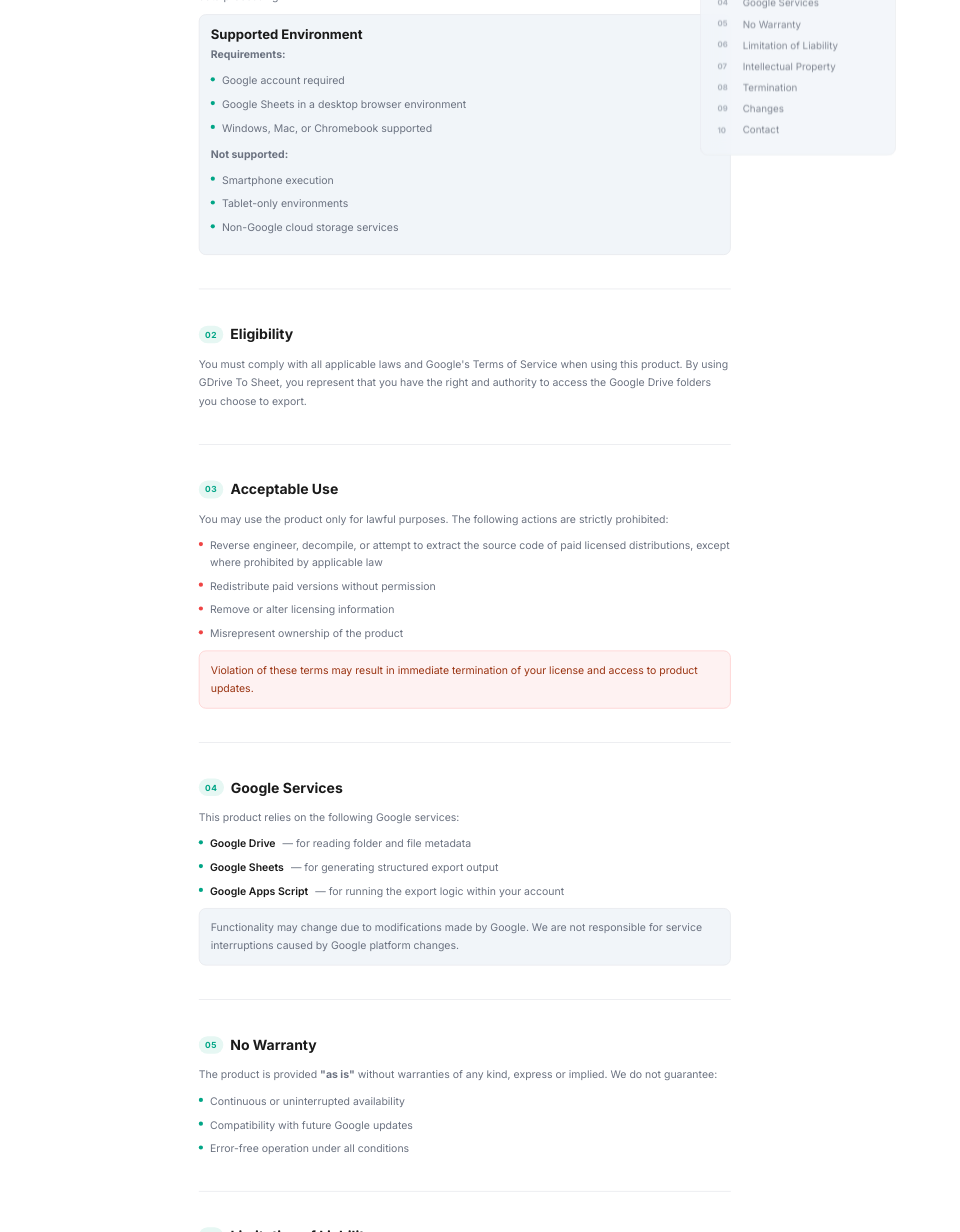
Repository: toishitool/gdrive-to-sheet
Page: terms.html
An editor plug-in stored every save of this project. The page is shown before and after the next save, followed by the edit.
The browser window is 1280 px wide. The page is 1372 px wide, so the pictures cover 1372 px, including what lies to the right of the window. The pictures show the part of the page from y = 596 to 2356 px (the page is 3900 px tall before and 3866 px after), at 70% of full size.

Above is the page before, as saved 2026-06-24 08:57:28.

### terms.html
<!DOCTYPE html>
<html lang="en" class="scroll-smooth">

<head>
  <meta charset="UTF-8" />
  <meta name="viewport" content="width=device-width, initial-scale=1.0" />
  <title>Terms of Use – GDrive To Sheet</title>
  <meta name="description" content="Terms of Use for GDrive To Sheet. Please read before using the product." />
  <link rel="canonical" href="https://toishitool.github.io/gdrive-to-sheet/terms.html" />

  <link rel="preconnect" href="https://fonts.googleapis.com" />
  <link rel="preconnect" href="https://fonts.gstatic.com" crossorigin />
  <link href="https://fonts.googleapis.com/css2?family=Inter:wght@300;400;500;600;700;800&display=swap"
    rel="stylesheet" />

  <link rel="stylesheet" href="style.css">
</head>

<body>

  <div id="header-container"></div>


  <main>
    <div class="page-wrap">

      <header class="page-header">
        <span class="eyebrow">Legal</span>
        <h1>Terms of Use</h1>
        <div class="meta">
          <span>GDrive To Sheet</span>
          <span class="meta-dot">·</span>
          <span>Last updated: June 21, 2026</span>
        </div>
      </header>

      <div class="intro-block">
        <span class="icon">📋</span>
        <p>By accessing or using <strong>GDrive To Sheet</strong>, you agree to these Terms of Use. Please read them
          carefully before using the product.</p>
      </div>

      <div class="content-layout">

        <div class="main-content">
          <!-- <div class="policy-section" id="s1">
          <h2><span class="section-num">01</span>Product Description</h2>
          <p>GDrive To Sheet is a Google Apps Script and Google Sheets based utility that exports Google Drive folder structures into spreadsheet format.</p>
          <p>The product operates entirely within the Google ecosystem and does not involve any external servers for data processing.</p>
        </div> -->
          <div class="policy-section" id="s1">
            <h2><span class="section-num">01</span>Product Description</h2>
            <p>
              GDrive To Sheet is a Google Apps Script and Google Sheets based utility that exports Google Drive folder structures into spreadsheet format.
            </p>
            <p>
              The product operates entirely within the Google ecosystem and does not involve any external servers for data processing.
            </p>
            <div class="highlight-card">
              <h3>Supported Environment</h3>
              <p><strong>Requirements:</strong></p>
              <ul>
                <li>Google account required</li>
                <li>Google Sheets in a desktop browser environment</li>
                <li>Windows, Mac, or Chromebook supported</li>
              </ul>
              <p><strong>Not supported:</strong></p>
              <ul>
                <li>Smartphone execution</li>
                <li>Tablet-only environments</li>
                <li>Non-Google cloud storage services</li>
              </ul>
            </div>
          </div>

          <div class="section-divider"></div>

          <div class="policy-section" id="s2">
            <h2><span class="section-num">02</span>Eligibility</h2>
            <p>You must comply with all applicable laws and Google's Terms of Service when using this product. By using
              GDrive To Sheet, you represent that you have the right and authority to access the Google Drive folders
              you choose to export.</p>
          </div>
          <div class="section-divider"></div>

          <div class="policy-section" id="s3">
            <h2><span class="section-num">03</span>Acceptable Use</h2>
            <p>You may use the product only for lawful purposes. The following actions are strictly prohibited:</p>
            <ul class="prohibited">
              <li>Reverse engineer, decompile, or attempt to extract the source code of paid licensed distributions,
                except where prohibited by applicable law</li>
              <li>Redistribute paid versions without permission</li>
              <li>Remove or alter licensing information</li>
              <li>Misrepresent ownership of the product</li>
            </ul>
            <div class="highlight-card warning">
              <p>Violation of these terms may result in immediate termination of your license and access to product
                updates.</p>
            </div>
          </div>
          <div class="section-divider"></div>

          <div class="policy-section" id="s4">
            <h2><span class="section-num">04</span>Google Services</h2>
            <p>This product relies on the following Google services:</p>
            <ul>
              <li><strong>Google Drive</strong> — for reading folder and file metadata</li>
              <li><strong>Google Sheets</strong> — for generating structured export output</li>
              <li><strong>Google Apps Script</strong> — for running the export logic within your account</li>
            </ul>
            <div class="highlight-card">
              <p>Functionality may change due to modifications made by Google. We are not responsible for service
                interruptions caused by Google platform changes.</p>
            </div>
          </div>
          <div class="section-divider"></div>

          <div class="policy-section" id="s5">
            <h2><span class="section-num">05</span>No Warranty</h2>
            <p>The product is provided <strong>"as is"</strong> without warranties of any kind, express or implied. We
              do not guarantee:</p>
            <ul>
              <li>Continuous or uninterrupted availability</li>
              <li>Compatibility with future Google updates</li>
              <li>Error-free operation under all conditions</li>
            </ul>
          </div>
          <div class="section-divider"></div>

          <div class="policy-section" id="s6">
            <h2><span class="section-num">06</span>Limitation of Liability</h2>
            <p>To the maximum extent permitted by applicable law, we shall not be liable for any of the following
              arising from use of the product:</p>
            <ul>
              <li>Data loss of any kind</li>
              <li>Business interruption</li>
              <li>Lost profits or revenue</li>
              <li>Indirect, incidental, or consequential damages</li>
            </ul>
          </div>
          <div class="section-divider"></div>

          <div class="policy-section" id="s7">
            <h2><span class="section-num">07</span>Intellectual Property</h2>
            <p>All source code, documentation, branding, and product materials remain the intellectual property of the
              creator. No rights are transferred to the user beyond the license granted for permitted use of the
              product.</p>
          </div>
          <div class="section-divider"></div>

          <div class="policy-section" id="s8">
            <h2><span class="section-num">08</span>Termination</h2>
            <p>We reserve the right to suspend or terminate access to product updates, support services, or future
              downloads for violations of these Terms. Termination does not entitle the user to a refund except where
              required by applicable law.</p>
          </div>
          <div class="section-divider"></div>

          <div class="policy-section" id="s9">
            <h2><span class="section-num">09</span>Changes</h2>
            <p>These Terms may be updated periodically. Continued use of the product after changes are published
              constitutes acceptance of the revised Terms.</p>
            <p>The date at the top of this page reflects the most recent update.</p>
          </div>
          <div class="section-divider"></div>

          <div class="policy-section" id="s10">
            <h2><span class="section-num">10</span>Contact</h2>
            <p>For questions regarding these Terms of Use, please contact us:</p>
            <div class="contact-block">
              <div class="cicon">✉️</div>
              <div>
                <h3>Get in Touch</h3>
                <p>This service is operated by ToishiTool, an individual sole proprietor based in Japan.</p>
                <p>We aim to respond to all legal inquiries within a few business days.</p>
                <a href="mailto:toishitool@gmail.com">toishitool@gmail.com</a>
              </div>
            </div>
          </div>
        </div>

        <input type="checkbox" id="toc-toggle" class="toc-trigger-input" />

        <label for="toc-toggle" class="toc-trigger-btn" aria-label="Toggle contents menu">
          <svg class="icon-open" width="22" height="22" fill="none" stroke="currentColor" stroke-width="2.5"
            viewBox="0 0 24 24">
            <line x1="3" y1="12" x2="21" y2="12"></line>
            <line x1="3" y1="6" x2="21" y2="6"></line>
            <line x1="3" y1="18" x2="21" y2="18"></line>
          </svg>
          <svg class="icon-close" width="22" height="22" fill="none" stroke="currentColor" stroke-width="2.5"
            viewBox="0 0 24 24">
            <line x1="18" y1="6" x2="6" y2="18"></line>
            <line x1="6" y1="6" x2="18" y2="18"></line>
          </svg>
        </label>

        <nav class="toc" aria-label="Table of contents">
          <h3>Contents</h3>
          <ol>
            <li><a href="#s1" onclick="document.getElementById('toc-toggle').checked = false;">Product Description</a>
            </li>
            <li><a href="#s2" onclick="document.getElementById('toc-toggle').checked = false;">Eligibility</a></li>
            <li><a href="#s3" onclick="document.getElementById('toc-toggle').checked = false;">Acceptable Use</a></li>
            <li><a href="#s4" onclick="document.getElementById('toc-toggle').checked = false;">Google Services</a></li>
            <li><a href="#s5" onclick="document.getElementById('toc-toggle').checked = false;">No Warranty</a></li>
            <li><a href="#s6" onclick="document.getElementById('toc-toggle').checked = false;">Limitation of
                Liability</a></li>
            <li><a href="#s7" onclick="document.getElementById('toc-toggle').checked = false;">Intellectual Property</a>
            </li>
            <li><a href="#s8" onclick="document.getElementById('toc-toggle').checked = false;">Termination</a></li>
            <li><a href="#s9" onclick="document.getElementById('toc-toggle').checked = false;">Changes</a></li>
            <li><a href="#s10" onclick="document.getElementById('toc-toggle').checked = false;">Contact</a></li>
          </ol>
        </nav>

      </div>
    </div>
  </main>

  <div id="footer-container"></div>
  <script src="js/common.js"></script>


</body>

</html>

### header.html
<nav aria-label="Main navigation">
  <div class="nav-inner">
    <a href="index.html" class="nav-logo">
      <img src="images/logo_gdrivetosheet.png" alt="GDrive To Sheet" />
    </a>
    <a href="index.html" class="nav-back hover-underline">
      <svg width="14" height="14" fill="none" stroke="currentColor" stroke-width="2.5" viewBox="0 0 24 24"><polyline points="15 18 9 12 15 6"/></svg>
      Back to Home
    </a>
  </div>
</nav>

### footer.html
<footer role="contentinfo" class="footer">
  <div class="container">
    <div class="footer-inner">
      <a href="index.html" class="footer-logo">
        <img src="images/logo_gdrivetosheet_dk.png" alt="GDrive To Sheet Home" />
      </a>

      <div class="footer-links">
        <a href="privacy-policy.html">Privacy Policy</a>
        <a href="terms.html">Terms of Use</a>
        <a href="license.html">License Terms</a>
        <a href="refund-policy.html">Refund Policy</a>
        <a href="contact.html">Contact</a>
        <a href="support.html">Support &amp; FAQ</a>
      </div>

      <div class="footer-bottom-text">
        <span class="footer-copy">Independent software by ToishiTool</span>
        <span class="footer-copy">
          © <span id="year"></span> ToishiTool. All rights reserved.
        </span>

        <script>
          document.getElementById("year").textContent =
            new Date().getFullYear();
        </script>
      </div>
    </div>
  </div>
</footer>

Loaded but not shown: js/common.js (157 lines, source omitted); style.css (3343 lines, source omitted)

After the next save:
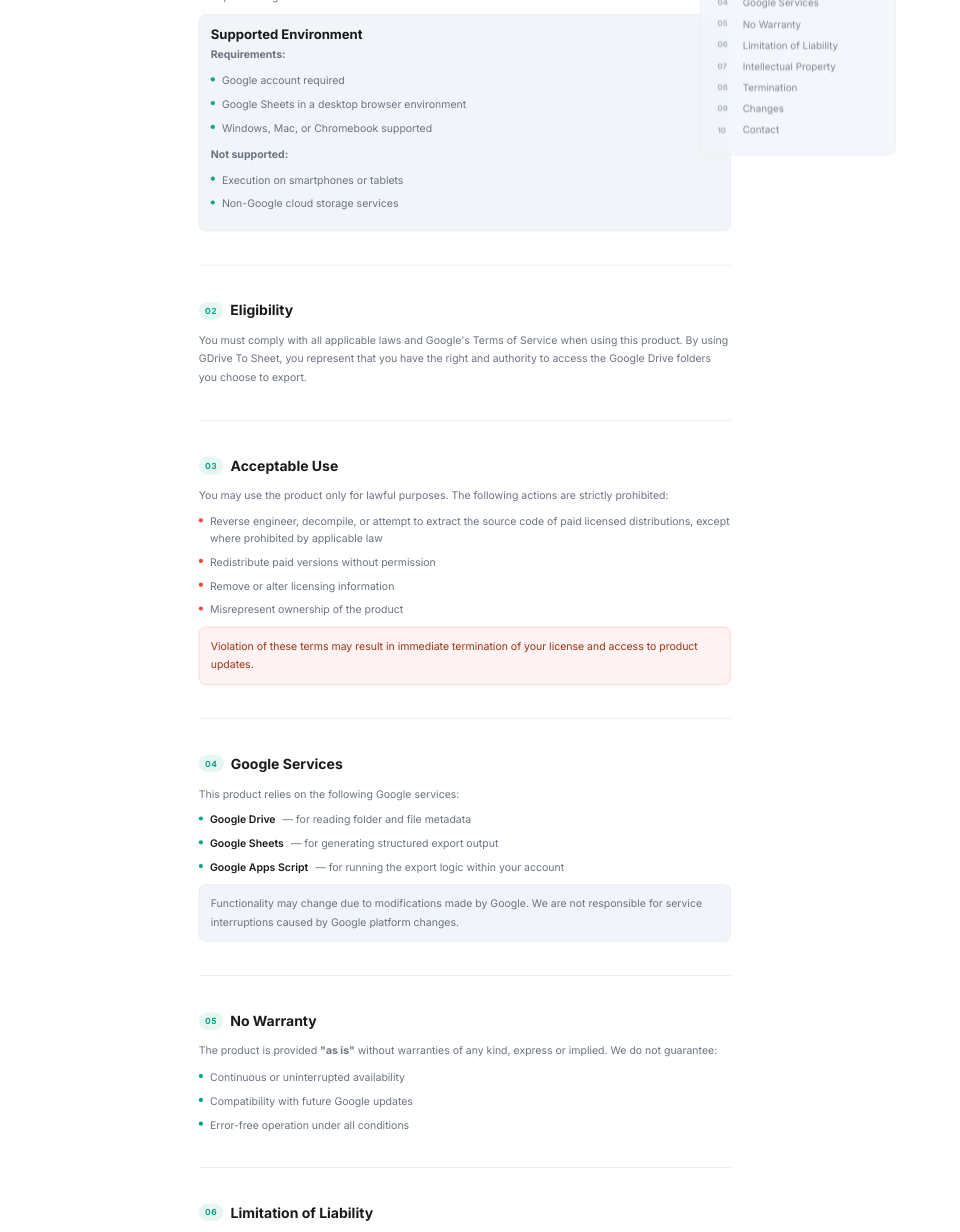
Saved 2 min 41 s later.
--- a/terms.html
+++ b/terms.html
@@ -66,9 +66,8 @@
               </ul>
               <p><strong>Not supported:</strong></p>
               <ul>
-                <li>Smartphone execution</li>
-                <li>Tablet-only environments</li>
-                <li>Non-Google cloud storage services</li>
+                <li>Execution on smartphones or tablets</li>
+  <li>Non-Google cloud storage services</li>
               </ul>
             </div>
           </div>
